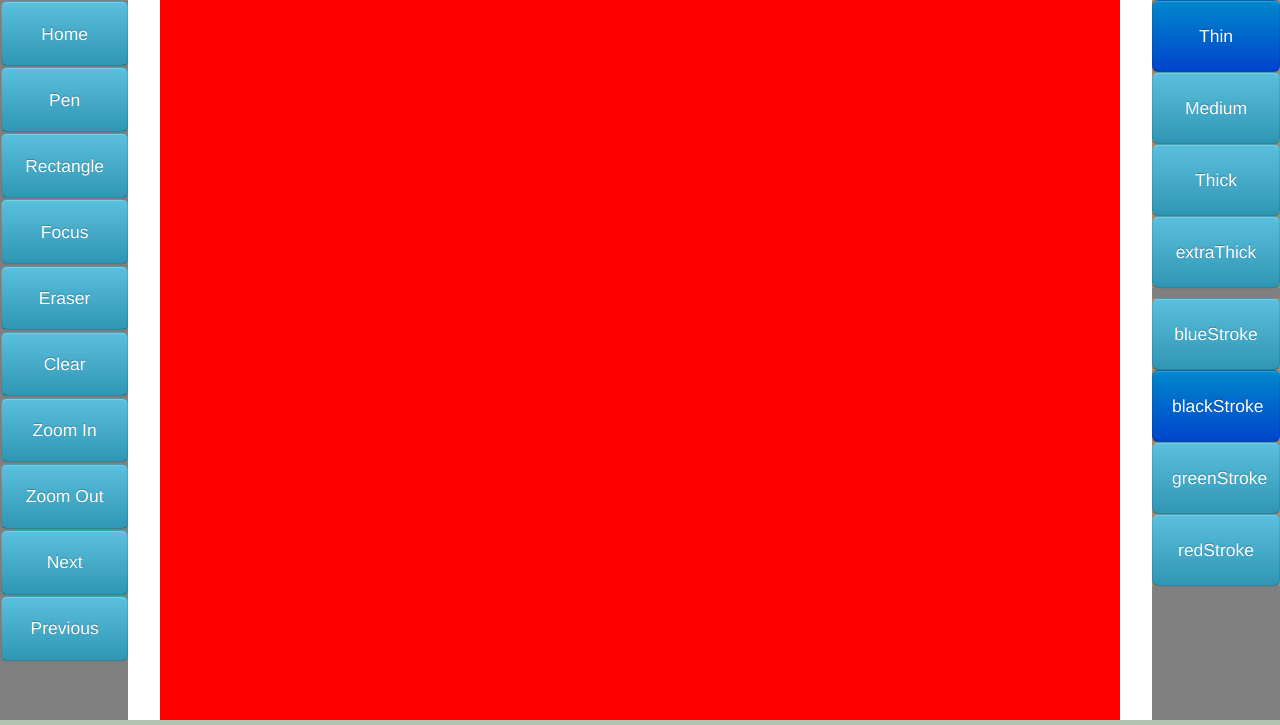
Repository: OrionDevelopers/projectwall
Page: http://localhost/slidePresenter.php
The author's editor kept a copy of each file at every save. The page is drawn from the files as they stood at one save, then again after the next save.
The browser window is 1280 px wide. The pictures show the whole page.
The page is run by PHP 8.4 with error messages shown; the project is at /var/www/html/.

Above is the page before, as saved 2013-04-20 22:01:05.

### slidePresenterPrototype2/presenterPrototype2/slidePresenter.php
<!DOCTYPE html>
<html>
	<head>
		<title>Slide Presenter </title>
		<link href="css/slidePresenter.css" rel="stylesheet"/>
		<link rel="stylesheet" type="text/css" href="css/bootstrap.css"/>
		<script src="js/jquery-1.9.js" type="text/javascript"></script>
		<script src="js/kinetic-v4.4.1.js" type="text/javascript"></script>
		<script src="js/slidePresenter.js" type="text/javascript"></script>
	</head>
	<body onload="init();">
		<!-- <p id='debugHelper' >debugger</p> -->
		<div id='leftToolBar'>
			<a href='../../index.php'><button id='homeButton' class='myButton btn btn-info btn-large'>Home</button></a>
			<button id='penToolButton' class='myButton btn btn-info btn-large'>Pen</button>
			<button id='rectToolButton' class='myButton btn btn-info btn-large'>Rectangle</button>
			<!-- <button id='filledRectToolButton' class='myButton'>Filled Rectangle</button> -->
			<button id='focusToolButton' class='myButton btn btn-info btn-large'>Focus</button>
			<button id='eraserToolButton' class='myButton btn btn-info btn-large'>Eraser</button>
			<button id='clearToolButton' class='myButton btn btn-info btn-large'>Clear</button>
		    <button id='zoomIn' class='myButton btn btn-info btn-large'>Zoom In</button>
			<button id='zoomOut' class='myButton btn btn-info btn-large'>Zoom Out</button>
			<button id='next' class='myButton btn btn-info btn-large'>Next</button>
			<button id='previous' class='myButton btn btn-info btn-large'>Previous</button>
			<!-- <button id='saveButton' class='myButton'>Save</button> -->

		</div>
		<div id='rightToolBar'>
			<div id='strokeWidth' class='submenu'>
				<button id='thin' class='submenuButton btn btn-primary btn-large' onclick="setStrokeWidth(2,this);">Thin</button>
				<button id='medium' class='submenuButton btn btn-info btn-large' onclick="setStrokeWidth(4,this);">Medium</button>
				<button id='thick' class='submenuButton btn btn-info btn-large' onclick="setStrokeWidth(7,this);">Thick</button>
				<button id='extraThick' class='submenuButton btn btn-info btn-large' onclick="setStrokeWidth(12,this)">extraThick</button>
			</div>
			<div id='strokeColor' class='submenu'>
				<button id='blueStroke' class='submenuButton btn btn-info btn-large' onclick="setStrokeColor('blue',this);">blueStroke</button>
				<button id='blackStroke' class='submenuButton btn btn-primary btn-large' onclick="setStrokeColor('black',this);">blackStroke</button>
				<button id='greenStroke' class='submenuButton btn btn-info btn-large' onclick="setStrokeColor('green',this);">greenStroke</button>
				<button id='redStroke' class='submenuButton btn btn-info btn-large' onclick="setStrokeColor('red',this);">redStroke</button>
			</div>
			<!-- <div id='fillColor' class='submenu'>

			</div> -->

		</div>
		<div id='container'></div>
	</body>
</html>

### slidePresenterPrototype2/presenterPrototype2/css/slidePresenter.css
*{
	padding:0px;
	margin:0px;
}
body,html{
	height:100%;
	width:100%;
	background-color: #B1C2B3;
}
#leftToolBar{
	float:left;
	height:100%;
	width:10%;
	background-color: gray;

}
#rightToolBar{
	float:right;
	height:100%;
	width:10%;
	background-color: gray;
}
#container{
	height:100%;
	width:75%;
	margin-left:auto;
	margin-right:auto;
	background-color:silver;
	/*overflow: scroll;*/
}
.myButton{
	height:9%;
	width:99%;
	margin:1%;

	/*text-align: center;
	border:1px solid black;
	background-color: #C0C0C0;*/
}
.submenu{
	height:40%;
	width:100%;
	margin-bottom: 8%;
	background-color: #A68A6E;
}
.submenuButton{
	height: 25%;
	width: 100%;
	/*text-align: center;*/
}

### slidePresenterPrototype2/presenterPrototype2/js/slidePresenter.js
var containerReference,containerHeight,containerWidth,stage,slideLayer,drawingLayer;
var isPenToolSelected = false, isRectToolSelected = false,isfilledRectToolSelected = false, isHighlightToolSelected = false;


function init(){   //initialisation
	containerReference = document.getElementById("container");
	containerHeight = containerReference.offsetHeight;
	containerWidth = containerReference.offsetWidth;
	stage = new Kinetic.Stage({
		container: 'container',
		height: containerHeight,
		width: containerWidth
	});
	slideLayer = new Kinetic.Layer();
	drawingLayer = new Kinetic.Layer();
	drawingLayer.on('click',drawingLayerClicked);
	stage.add(slideLayer);
	stage.add(drawingLayer);
	setBackgroundSlide();
	setDrawingSheet('transparent');
}
function setBackgroundSlide(){
	var imgObj = new Image();
	imgObj.src = 'sampleSlide.PNG';
	var slideImg = new Kinetic.Image({
		x:0,
		y:0,
		height:containerHeight,
		width:containerWidth,
		image:imgObj
	});
	slideLayer.add(slideImg);
	slideLayer.draw();
	//var ctx = stage.getContext('2d');
	//slideLayer.draw();
}
function setDrawingSheet(fillStyle){
	var sheet = new Kinetic.Rect({
		x:0,
		y:0,
		height:containerHeight,
		width:containerWidth,
		fill:'red'
		//fill:'transparent'
	});
	//ctx = drawingLayer.getContext();
	drawingLayer.add(sheet);
	drawingLayer.draw();
	//ctx.clearRect(20,30,400,500);
	//drawingLayer.draw();

}
function drawingLayerClicked(){
	window.alert("hello there");
}

Loaded but not shown: slidePresenterPrototype2/presenterPrototype2/css/bootstrap.css (library); slidePresenterPrototype2/presenterPrototype2/js/jquery-1.9.js (library); slidePresenterPrototype2/presenterPrototype2/js/kinetic-v4.4.1.js (library)

After the next save:
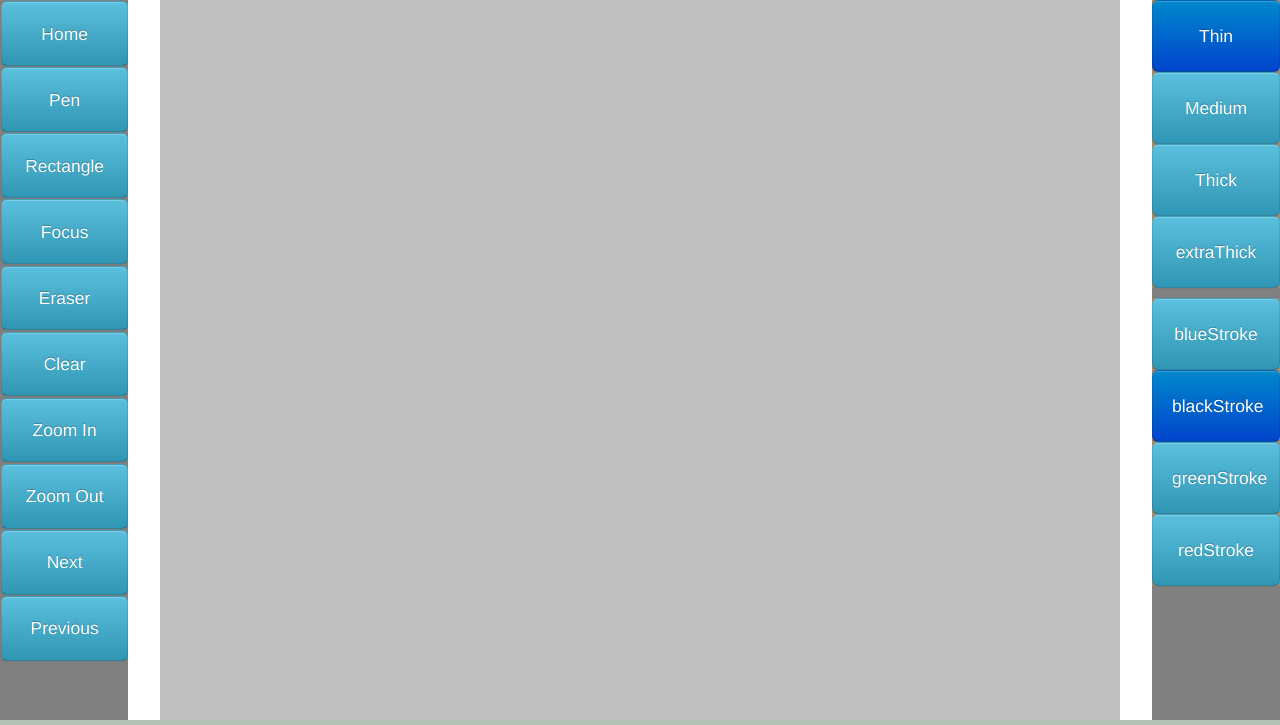
Saved 5 s later.
--- a/slidePresenterPrototype2/presenterPrototype2/js/slidePresenter.js
+++ b/slidePresenterPrototype2/presenterPrototype2/js/slidePresenter.js
@@ -40,8 +40,8 @@ function setDrawingSheet(fillStyle){
 		y:0,
 		height:containerHeight,
 		width:containerWidth,
-		fill:'red'
-		//fill:'transparent'
+		//fill:'red'
+		fill:'transparent'
 	});
 	//ctx = drawingLayer.getContext();
 	drawingLayer.add(sheet);
